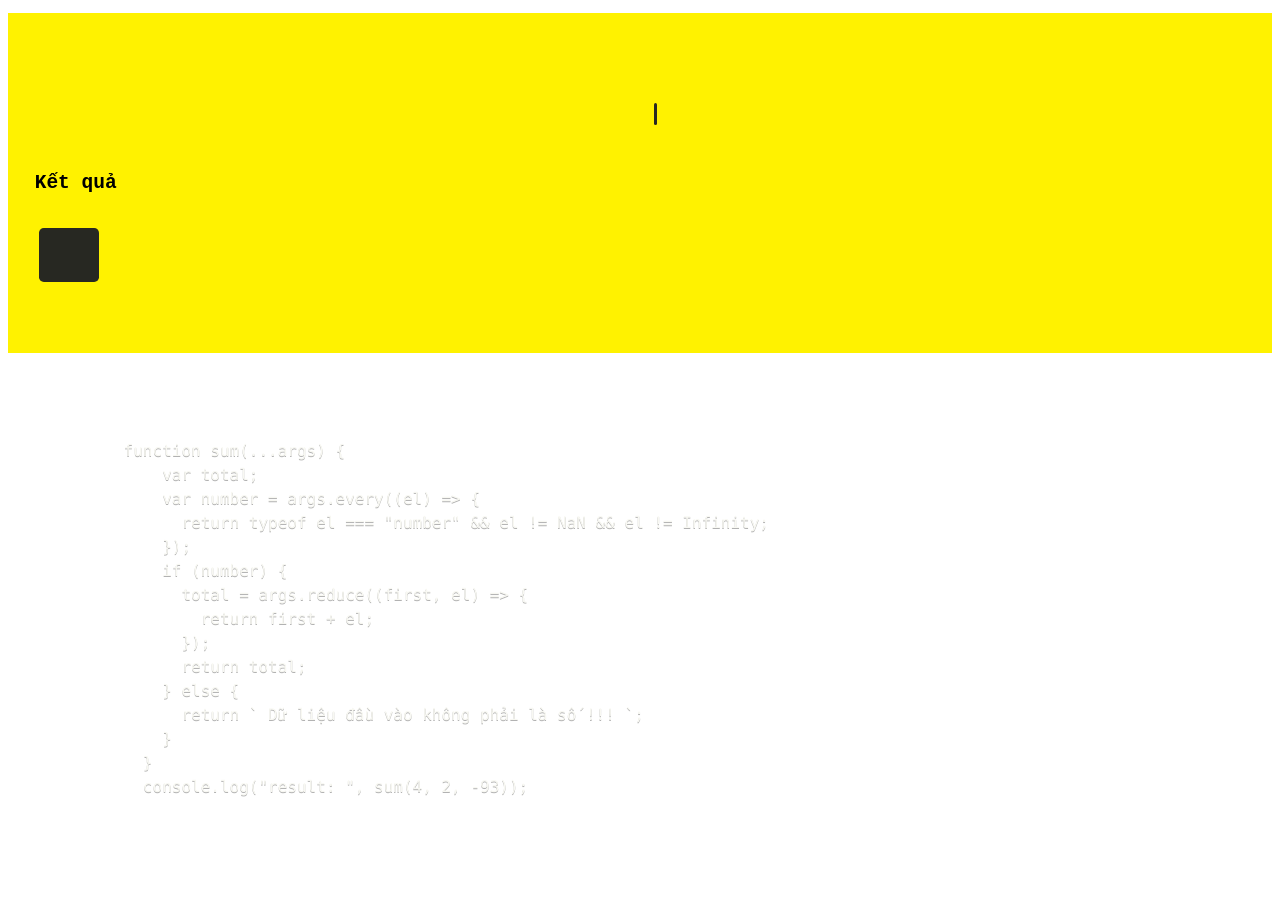
Repository: Dongnguyen318/Quydong
Page: Day 22.1/ex03.html
An editor plug-in stored every save of this project. The page is shown before and after the next save, followed by the edit.
The browser window is 1280 px wide. The pictures show the whole page.

Above is the page before, as saved 2023-09-05 23:20:48.

After the next save:
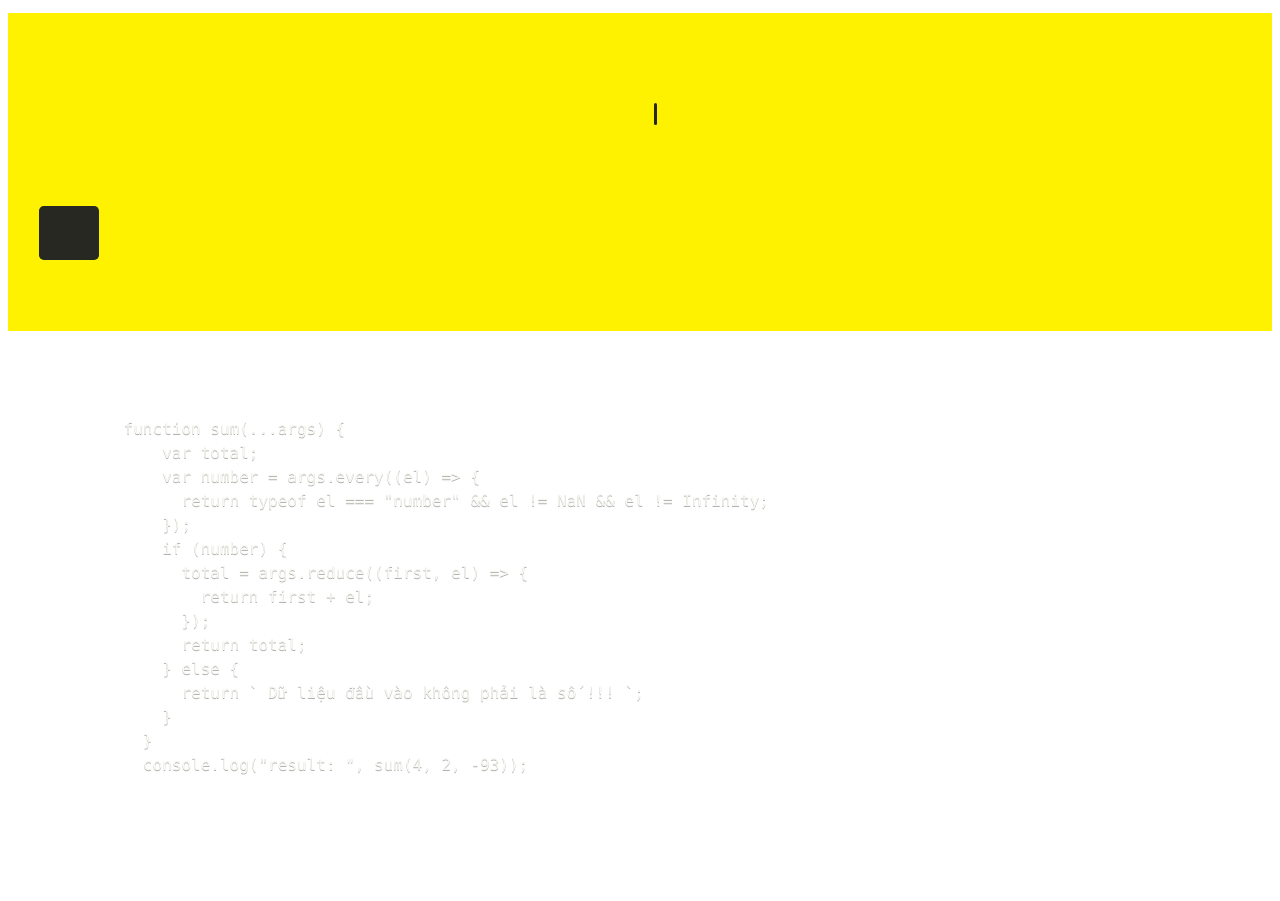
Saved 6 s later.
--- a/Day 22.1/ex03.html
+++ b/Day 22.1/ex03.html
@@ -17,7 +17,7 @@
 <p style="text-align: center;">
     <code class="language-js">
     </code>
-    <h2 style="padding: 15px;" > Kết quả</h2>
+    <h2 style="padding: 15px;" ></h2>
     <code class="language-js" style="padding: 15px 30px 20px;">
     </code>
 
